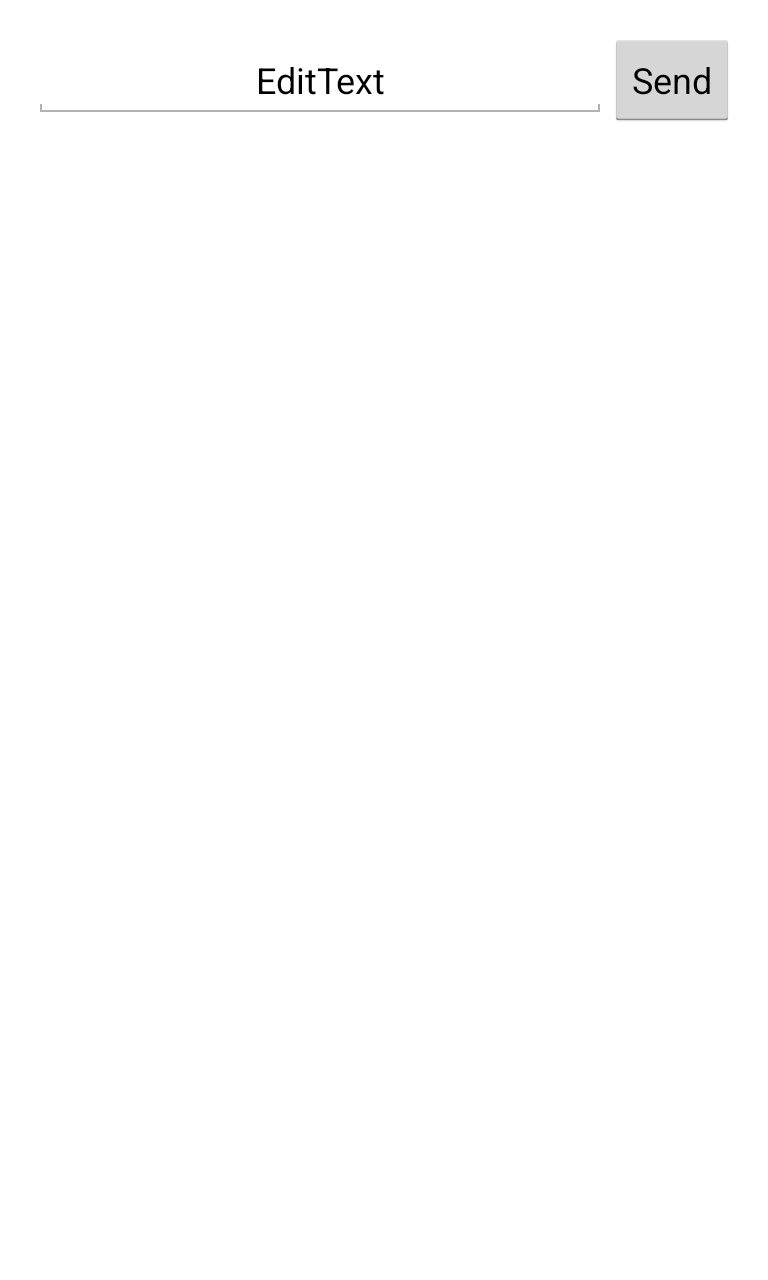
Repository: jinpp/Android
Layout: UILayoutTest/res/layout/activity_main.xml
The author's editor kept a copy of each file at every save. The layout is drawn from the files as they stood at one save, then again after the next save.
It is drawn on a 768 x 1280 px phone screen (xhdpi) without system bars, with theme AppTheme; the app's code is not run.

Above is the layout before, as saved 2016-11-16 06:47:57.

### UILayoutTest/res/layout/activity_main.xml
<LinearLayout xmlns:android="http://schemas.android.com/apk/res/android"
    xmlns:tools="http://schemas.android.com/tools"
    android:layout_width="match_parent"
    android:layout_height="match_parent"
    android:orientation="horizontal"
    android:paddingBottom="@dimen/activity_vertical_margin"
    android:paddingLeft="@dimen/activity_horizontal_margin"
    android:paddingRight="@dimen/activity_horizontal_margin"
    android:paddingTop="@dimen/activity_vertical_margin"
    tools:context=".MainActivity" >

    <EditText
        android:id="@+id/inputmess"
        android:layout_width="0dp"
        android:layout_height="wrap_content"
        android:layout_weight="1"
        android:gravity="center"
        android:hint="Type something"
        android:text="EditText" />

    <Button
        android:id="@+id/button1"
        android:layout_width="wrap_content"
        android:layout_height="wrap_content"
        android:text="Send" />







</LinearLayout>

Loaded but not shown: UILayoutTest/res/values/styles.xml (common file); UILayoutTest/res/values-v11/styles.xml (common file); UILayoutTest/res/values-v14/styles.xml (common file); UILayoutTest/res/values/dimens.xml (common file)

After the next save:
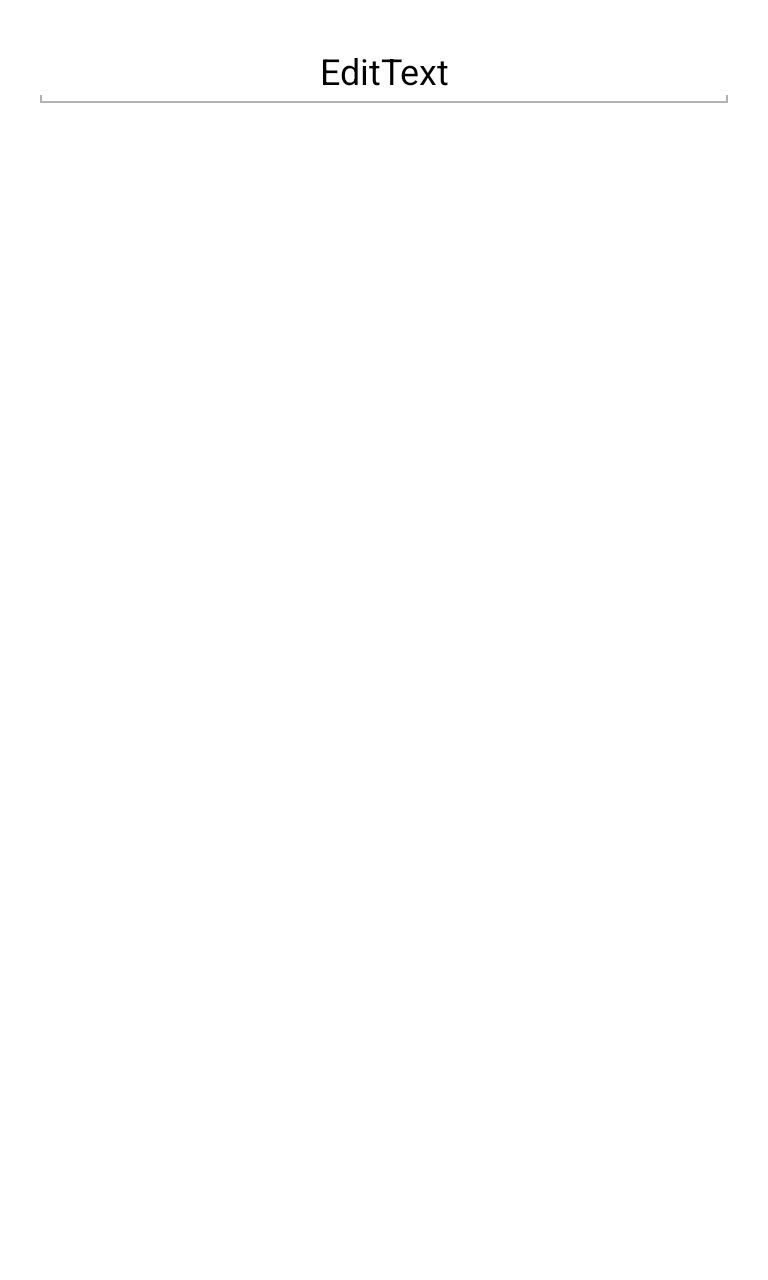
Saved 19 s later.
--- a/UILayoutTest/res/layout/activity_main.xml
+++ b/UILayoutTest/res/layout/activity_main.xml
@@ -18,11 +18,7 @@
         android:hint="Type something"
         android:text="EditText" />
 
-    <Button
-        android:id="@+id/button1"
-        android:layout_width="wrap_content"
-        android:layout_height="wrap_content"
-        android:text="Send" />
+
 
 
 

After the save that followed:
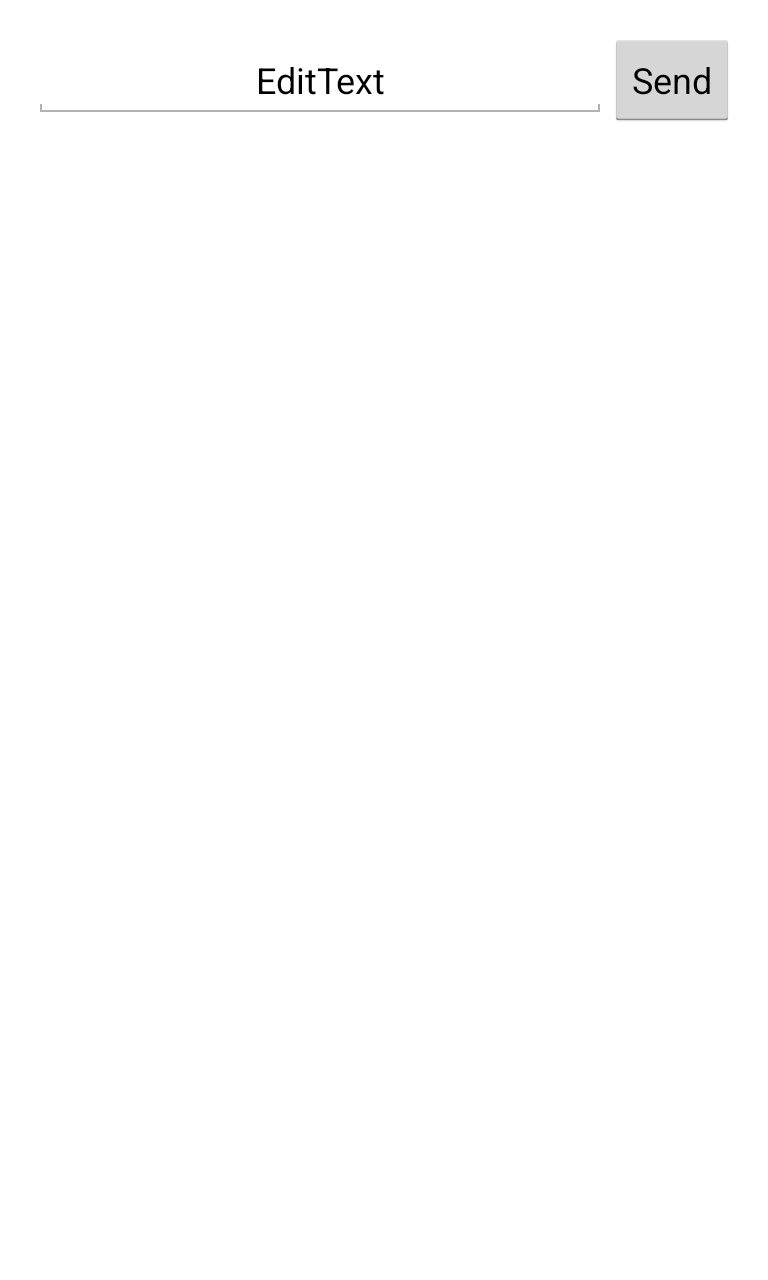
Saved 5 s later.
--- a/UILayoutTest/res/layout/activity_main.xml
+++ b/UILayoutTest/res/layout/activity_main.xml
@@ -18,7 +18,11 @@
         android:hint="Type something"
         android:text="EditText" />
 
-
+    <Button
+        android:id="@+id/button1"
+        android:layout_width="wrap_content"
+        android:layout_height="wrap_content"
+        android:text="Send" />
 
 
 
